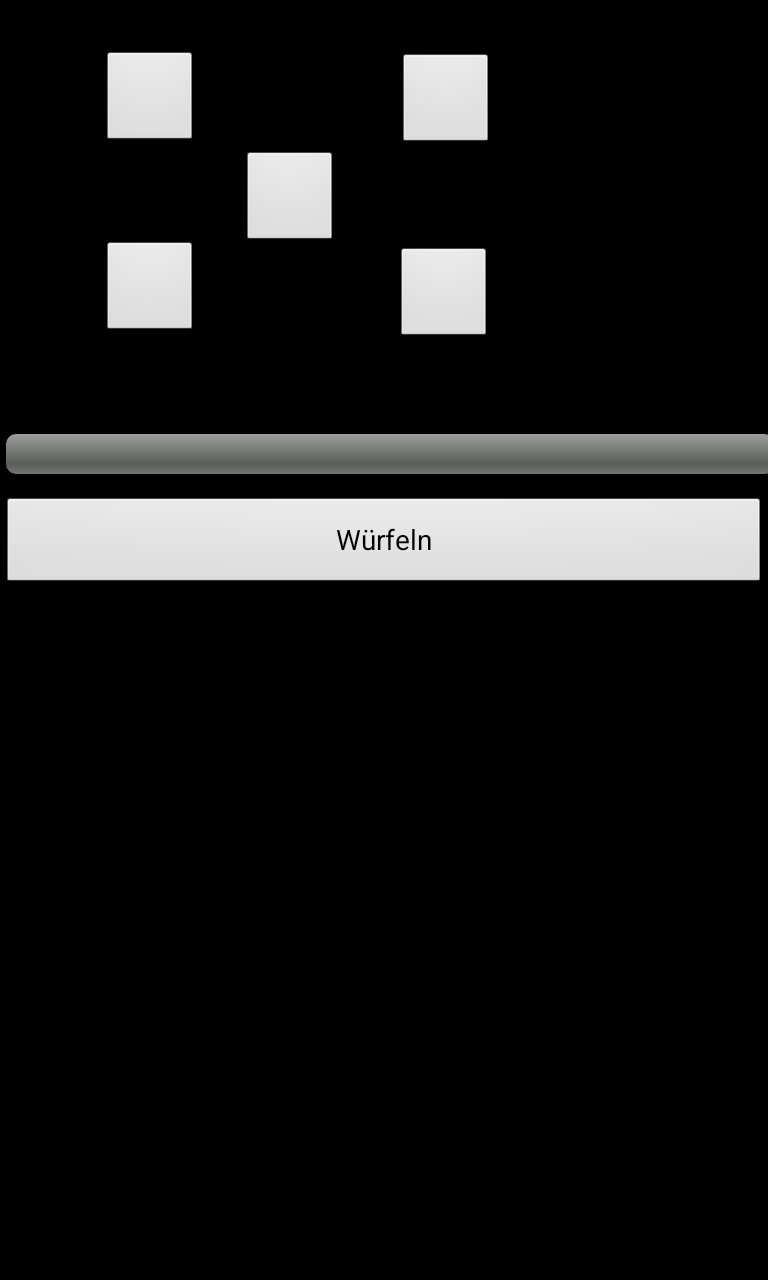
Repository: Lemkerene/App
Layout: kniffel/res/layout/wurfel.xml
An editor plug-in stored every save of this project. The layout is shown before and after the next save, followed by the edit.
It is drawn on a 768 x 1280 px phone screen (xhdpi) without system bars, with theme android:Theme; the app's code is not run.

Above is the layout before, as saved 2012-08-05 11:28:24.

### kniffel/res/layout/wurfel.xml
<?xml version="1.0" encoding="utf-8"?>
<AbsoluteLayout xmlns:android="http://schemas.android.com/apk/res/android"
    android:id="@+id/AbsoluteLayout1"
    android:layout_width="fill_parent"
    android:layout_height="fill_parent" >

    <ProgressBar
        android:id="@+id/progressBar1"
        style="?android:attr/progressBarStyleHorizontal"
        android:layout_width="match_parent"
        android:layout_height="wrap_content"
        android:layout_x="3dp"
        android:layout_y="217dp" />


    <Button
        android:id="@+id/button6"
        android:layout_width="match_parent"
        android:layout_height="wrap_content"
        android:layout_x="0dp"
        android:layout_y="248dp"
        android:onClick="OnClickW"
        android:text="@string/wurf" />

    <Button
        android:id="@+id/wu3"
        android:layout_width="50"
        android:layout_height="50"
        android:layout_x="120dp"
        android:layout_y="75dp"
        android:onClick="OnClickSperr" />

    <Button
        android:id="@+id/wu2"
        android:layout_width="50"
        android:layout_height="50"
        android:layout_x="198dp"
        android:layout_y="26dp"
        android:onClick="OnClickSperr" />

    <Button
        android:id="@+id/wu5"
        android:layout_width="50"
        android:layout_height="50"
        android:layout_x="197dp"
        android:layout_y="123dp"
        android:onClick="OnClickSperr" />

    <Button
        android:id="@+id/wu1"
        android:layout_width="50dp"
        android:layout_height="50dp"
        android:layout_x="50dp"
        android:layout_y="25dp"
        android:onClick="OnClickSperr" />

    <Button
        android:id="@+id/wu4"
        android:layout_width="50"
        android:layout_height="50"
        android:layout_x="50dp"
        android:layout_y="120dp"
        android:onClick="OnClickSperr" />

</AbsoluteLayout>

### kniffel/res/values/strings.xml
<?xml version="1.0" encoding="utf-8"?>
<resources>

    <string name="hello">Hello World, KniffelActivity!</string>
    <string name="app_name">Kniffel</string>
    <color name="myColor">#ff0000</color>

    <string name="einer">Einer</string>
    <string name="zweier">Zweier</string>
    <string name="dreier">Dreier</string>
    <string name="vierer">Vierer</string>
    <string name="funfer">Fünferer</string>
    <string name="sechser">Sechser</string>

    <string name="dreierpasch">Dreier Pasch</string>
    <string name="viererpasch">Vierer Pasch</string>
    <string name="fullhouse">Fullhouse</string>
    <string name="kleinestr">Kleine Strasse</string>
    <string name="grostr">Große Strasse</string>
    <string name="kniffel">Kniffel</string>
    <string name="chance">Chance</string>

    <string name="gesoben">Gesamt Oben</string>
    <string name="gesoben2">Gesamt Oben mit Bonus</string>
    <string name="gesunten">Gesamt Unten</string>
    <string name="ges">Gesamt</string>
    <string name="bon">Bonus</string>
    <string name="wurf">Würfeln</string>
    <string name="name">Name</string>






</resources>

After the next save:
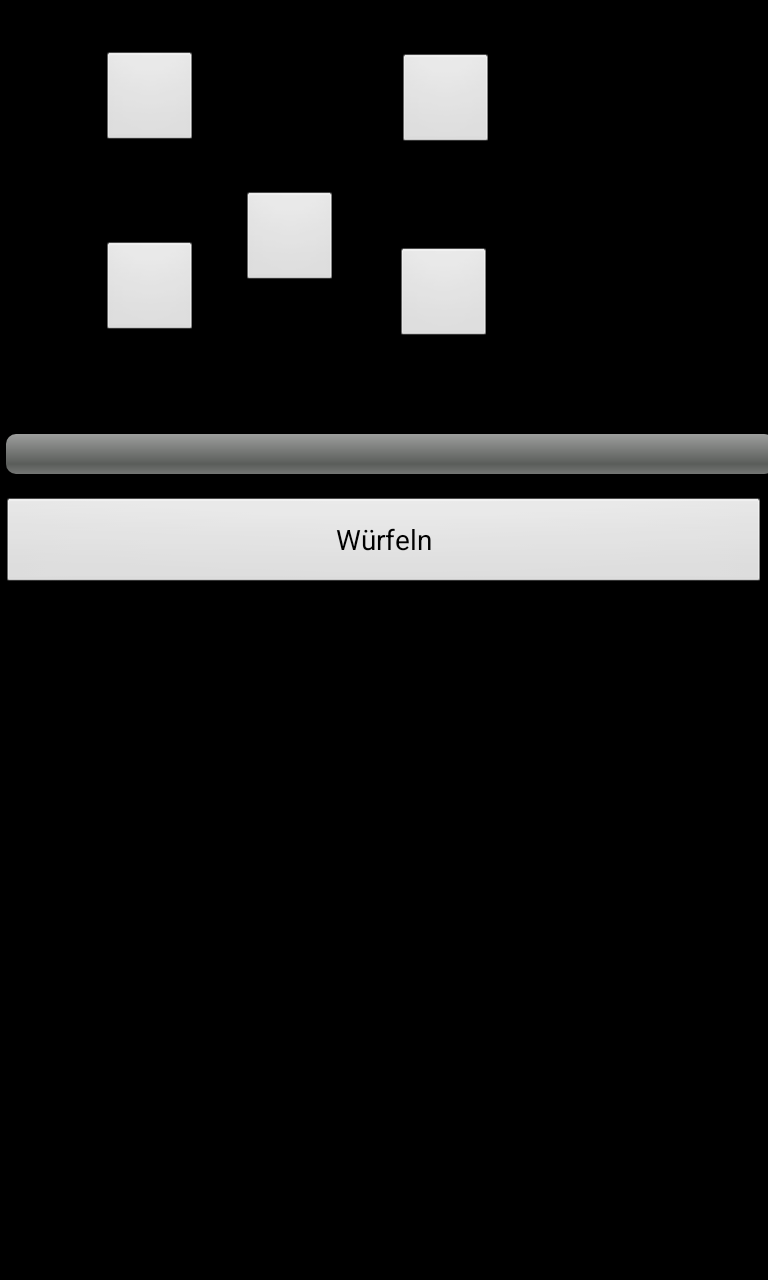
Saved 33 s later.
--- a/kniffel/res/layout/wurfel.xml
+++ b/kniffel/res/layout/wurfel.xml
@@ -27,7 +27,7 @@
         android:layout_width="50"
         android:layout_height="50"
         android:layout_x="120dp"
-        android:layout_y="75dp"
+        android:layout_y="95dp"
         android:onClick="OnClickSperr" />
 
     <Button
